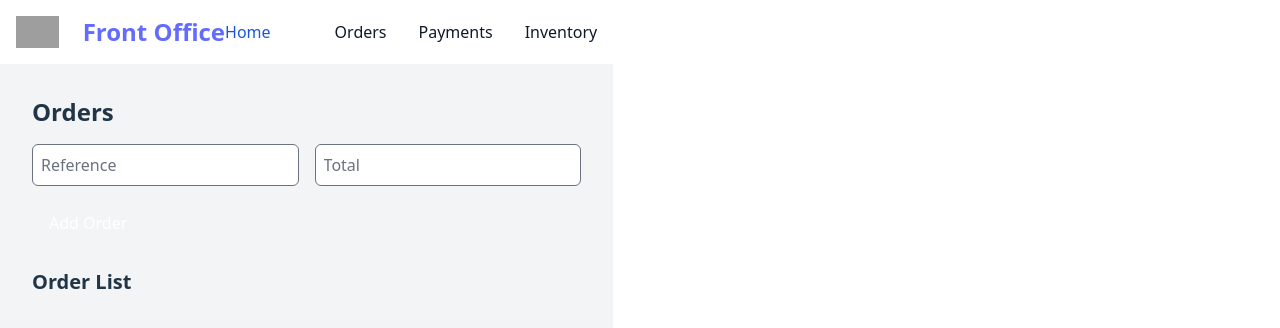
Repository: ib-entreprise/projet-micro-service
Page: /orders (app in front-office/)
The author's editor kept a copy of each file at every save. The page is drawn from the files as they stood at one save, then again after the next save.
The browser window is 1280 px wide. The pictures show the whole page.
Pictures or frames that could not be fetched are drawn as grey boxes. The page's requests for data from a server got no answer. Some web libraries are served in a nearby version. The project was rebuilt for these pictures with package versions that can differ from the ones it lists, and the page was loaded fresh each time. No one was signed in, and anything a server would have sent is missing. Also part of the build but not shown: front-office/vite.config.ts.

Above is the page before, as saved 2025-03-19 12:26:36.

After the next save:
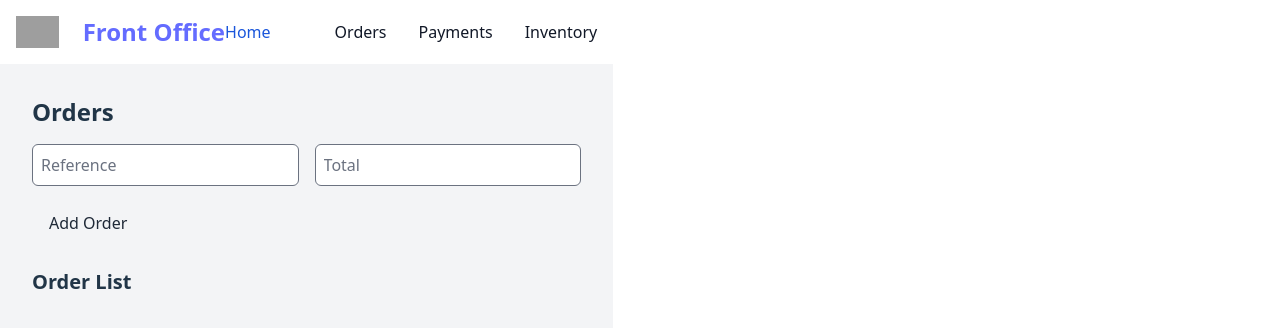
Saved 3 min 49 s later.
--- a/front-office/src/components/Orders.tsx
+++ b/front-office/src/components/Orders.tsx
@@ -60,7 +60,7 @@ const Orders = () => {
         </div>
         <button
           type="submit"
-          className="mt-4 px-4 py-2 bg-black text-white rounded-md hover:bg-gray-800 transition duration-300"
+          className="mt-4 px-4 py-2 bg-black text-gray-800 rounded-md hover:bg-gray-800 transition duration-300"
         >
           Add Order
         </button>
@@ -82,7 +82,7 @@ const Orders = () => {
                 onClick={() => {
                   setOrders(orders.filter((o) => o.id !== order.id));
                 }}
-                className="px-4 py-2 bg-black text-white rounded-md hover:bg-gray-800 transition duration-300"
+                className="px-4 py-2 bg-black text-gray-800 rounded-md hover:bg-gray-800 transition duration-300"
               >
                 Delete
               </button>
